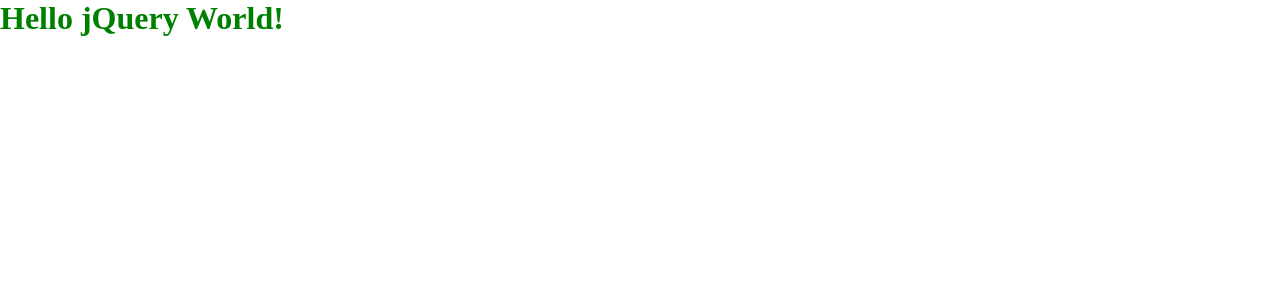
Repository: doncsar/yu-frontend-bootcamp
Page: 18-jQuery/index.html
An editor plug-in stored every save of this project. The page is shown before and after a run of saves, followed by the edit.
The browser window is 1280 px wide. The pictures show the whole page.

Above is the page before, as saved 2024-01-28 14:47:35.

After the next 2 saves:
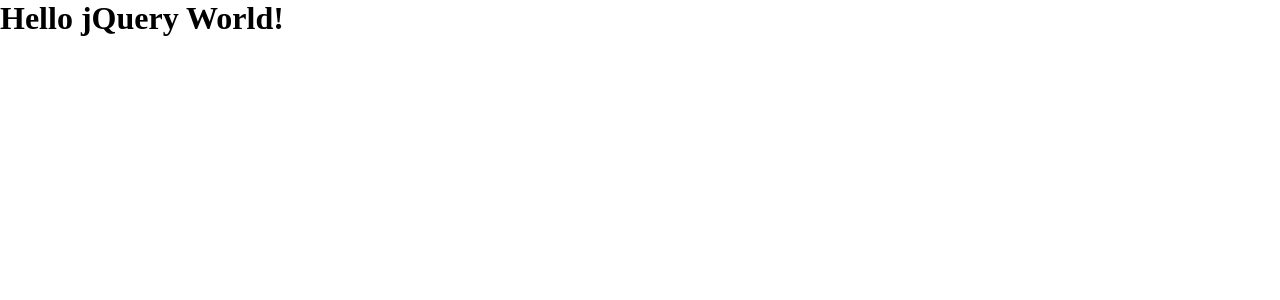
The 2 saves are shown as one change because they came seconds apart.
The last was saved 29 s later.
--- a/18-jQuery/script.js
+++ b/18-jQuery/script.js
@@ -1 +1 @@
-$('h1').css('color','green')
+$('h1').addClass
